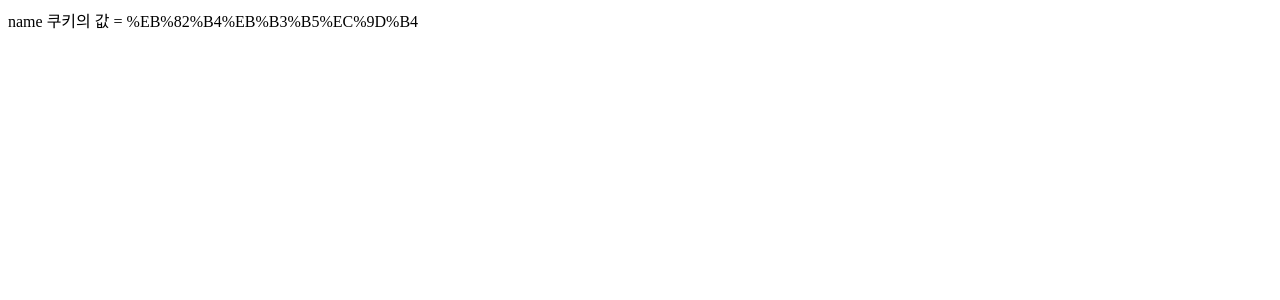
Repository: ikobean/ikoebean
Page: http://localhost/dev_jsp/ch09/cookie.jsp
An editor plug-in stored every save of this project. The page is shown before and after a run of saves, followed by the edit.
The browser window is 1280 px wide. The pictures show the whole page.
The page is served by Tomcat 9.

Above is the page before, as saved 2019-07-24 06:19:03.

After the next 2 saves:
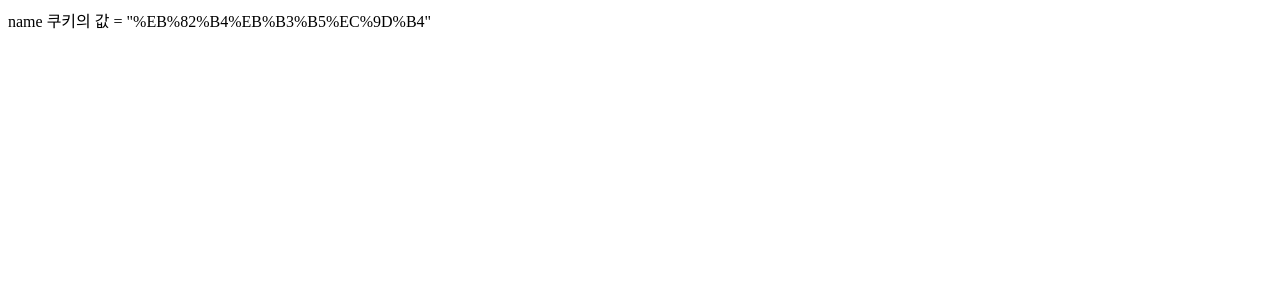
The 2 saves are shown as one change because they came seconds apart.
The last was saved 28 s later.
--- a/workspace_jsp/dev_jsp/WebContent/ch09/cookie.jsp
+++ b/workspace_jsp/dev_jsp/WebContent/ch09/cookie.jsp
@@ -16,6 +16,6 @@
 %>
 </head>
 <body>
-<%= cookie2.getName() %> 쿠키의 값 = <%= cookie2.getValue() %>
+<%= cookie2.getName() %> 쿠키의 값 = "<%= cookie2.getValue() %>"
 </body>
 </html>
